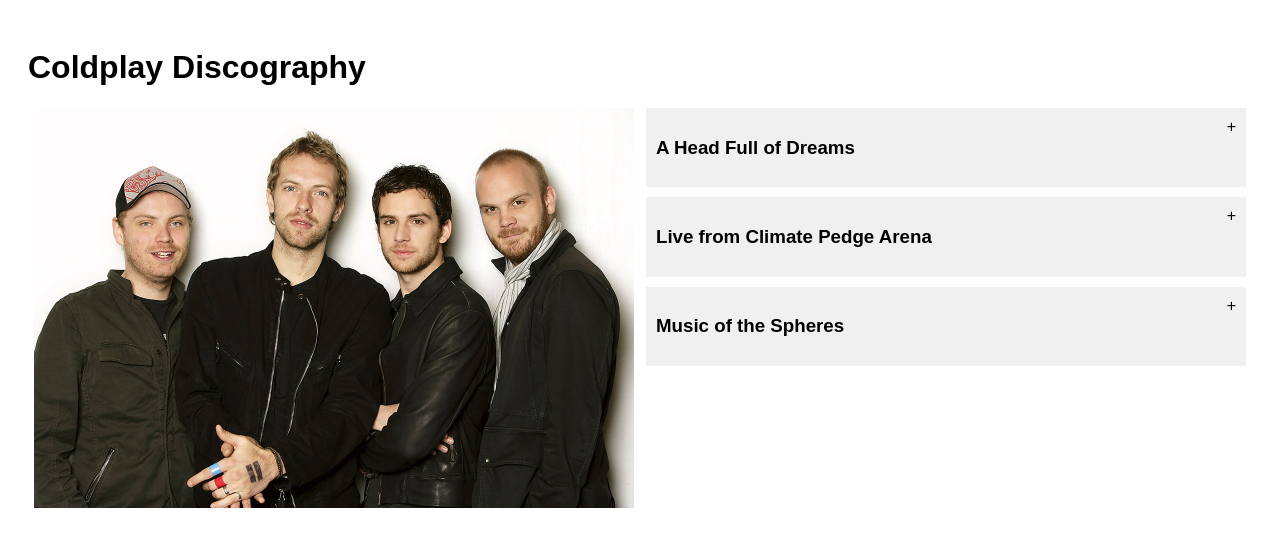
Repository: MelissaJacobi/Frontend-lab-1
Page: /
The author's editor kept a copy of each file at every save. The page is drawn from the files as they stood at one save, then again after the next save.
The browser window is 1280 px wide. The pictures show the whole page.
The project was rebuilt for these pictures with package versions that can differ from the ones it lists, and the page was loaded fresh each time. Also part of the build but not shown: vite.config.js.

Above is the page before, as saved 2024-09-11 19:59:02.

After the next save:
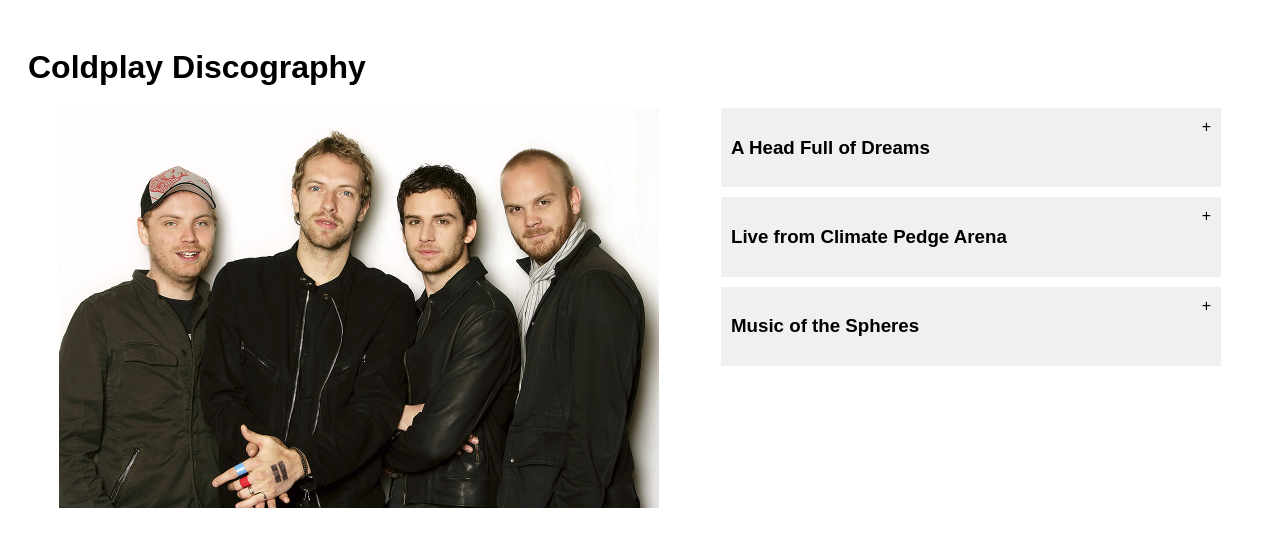
Saved 2 min 11 s later.
--- a/src/index.css
+++ b/src/index.css
@@ -4,8 +4,7 @@
 }
 
 .accordion {
-  width: 100%;
-  max-width: 600px;
+  width: 500px;
   margin: 0 auto;
 }
 
